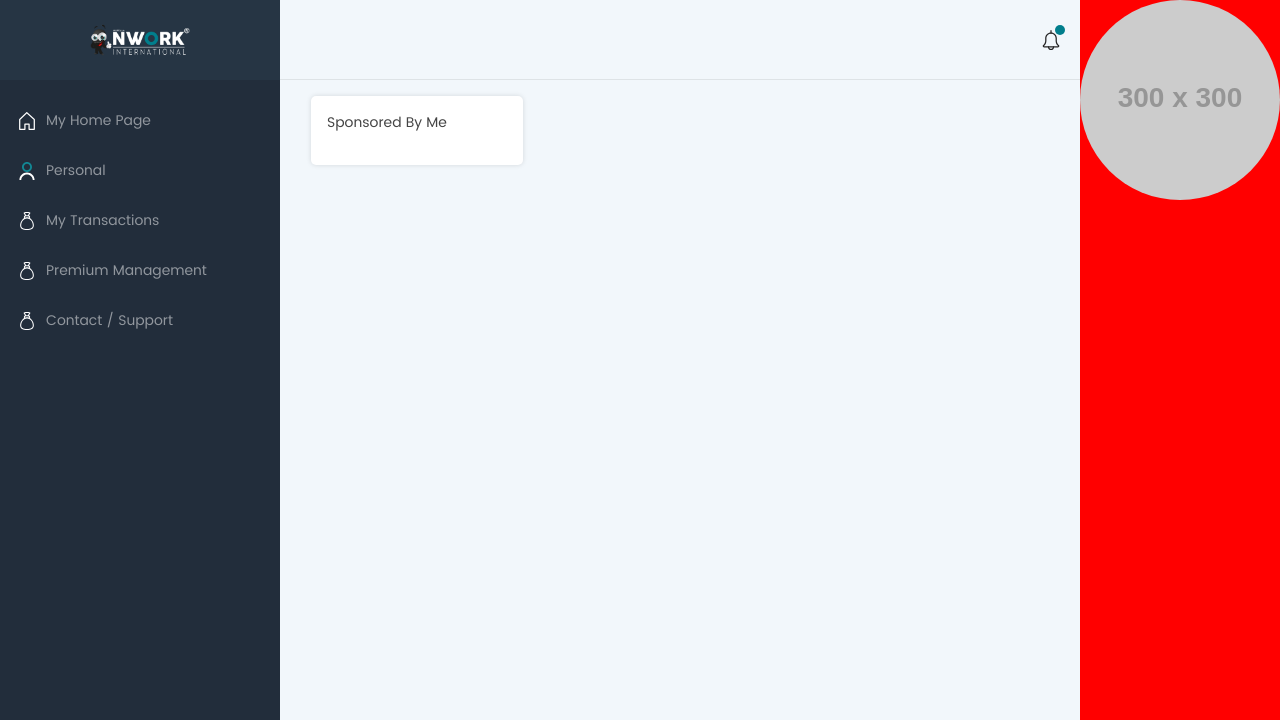
Repository: KayahanKahriman/nwork-admin
Page: index.html
The author's editor kept a copy of each file at every save. The page is drawn from the files as they stood at one save, then again after the next save.
The browser window is 1280 px wide. The pictures show the whole page.
Some web fonts or font styles are not loaded; a fallback is used. The style sheet was rebuilt from its Sass, Less or Tailwind sources for each picture, by a compiler version that may differ from the author's.

Above is the page before, as saved 2021-06-09 16:07:24.

### index.html
<!doctype html>
<html>

<head>
    <meta name="viewport" content="width=device-width, initial-scale=1, maximum-scale=1, user-scalable=no">
    <meta charset="utf-8" />
    <title>Başlık</title>
    <link rel="preconnect" href="https://fonts.gstatic.com">
    <link href="https://fonts.googleapis.com/css2?family=Poppins:wght@300;400;600;800&display=swap" rel="stylesheet">
    <link href="assets/css/style.css" type="text/css" rel="stylesheet" />
</head>

<body>
    <header class="d-flex align-items-center">
        <div id="header-left" class="text-center p-3 d-flex align-items-center justify-content-center">
            <a href="#">
                <img width="100" src="./assets/images/logo-white.png" alt="">
            </a>
        </div>
        <div id="header-right" class="p-3 d-flex align-items-center justify-content-end">
            <div id="icons">
                <div id="notification" class="has-notification">
                    <a href="#">
                        <svg fill="#242424" width="20" height="20" viewBox="-43 0 512 512">
                            <path d="m213.332031 512c-44.117187 0-80-35.882812-80-80 0-8.832031 7.167969-16 16-16s16 7.167969 16 16c0 26.476562 21.527344 48 48 48 26.476563 0 48-21.523438 48-48 0-8.832031 7.167969-16 16-16s16 7.167969 16 16c0 44.117188-35.882812 80-80 80zm0 0"></path>
                            <path d="m389.332031 448h-352c-20.585937 0-37.332031-16.746094-37.332031-37.332031 0-10.925781 4.757812-21.269531 13.054688-28.375 32.449218-27.414063 50.945312-67.261719 50.945312-109.480469v-59.480469c0-82.34375 66.988281-149.332031 149.332031-149.332031 82.347657 0 149.335938 66.988281 149.335938 149.332031v59.480469c0 42.21875 18.496093 82.066406 50.730469 109.332031 8.511718 7.253907 13.269531 17.597657 13.269531 28.523438 0 20.585937-16.746094 37.332031-37.335938 37.332031zm-176-352c-64.703125 0-117.332031 52.628906-117.332031 117.332031v59.480469c0 51.644531-22.632812 100.414062-62.078125 133.757812-.75.640626-1.921875 1.964844-1.921875 4.097657 0 2.898437 2.433594 5.332031 5.332031 5.332031h352c2.902344 0 5.335938-2.433594 5.335938-5.332031 0-2.132813-1.175781-3.457031-1.878907-4.054688-39.488281-33.386719-62.121093-82.15625-62.121093-133.800781v-59.480469c0-64.703125-52.628907-117.332031-117.335938-117.332031zm0 0"></path>
                            <path d="m213.332031 96c-8.832031 0-16-7.167969-16-16v-64c0-8.832031 7.167969-16 16-16s16 7.167969 16 16v64c0 8.832031-7.167969 16-16 16zm0 0"></path>
                        </svg>
                        <i></i>
                    </a>
                </div>
            </div>
            <div id="user" class="ml-5">
                <span>Hello,</span>
                <p class="mb-0">altıngül toktogulova</p>
            </div>
        </div>
    </header>
    <aside>
        <div id="accordion-menu">
            <div class="accordion-item mb-4">
                <div class="accordion-title">
                    <svg class="accordion-icon" viewBox="0 0 512 512">
                        <path d="M475.425,200.225L262.092,4.669c-6.951-6.359-17.641-6.204-24.397,0.35L36.213,200.574 c-3.449,3.348-5.399,7.953-5.399,12.758v280.889c0,9.819,7.958,17.778,17.778,17.778h148.148c9.819,0,17.778-7.959,17.778-17.778    v-130.37h82.963v130.37c0,9.819,7.958,17.778,17.778,17.778h148.148c9.819,0,17.778-7.953,17.778-17.778V213.333    C481.185,208.349,479.099,203.597,475.425,200.225z M445.629,476.444H333.037v-130.37c0-9.819-7.959-17.778-17.778-17.778H196.741    c-9.819,0-17.778,7.959-17.778,17.778v130.37H66.37V220.853L250.424,42.216l195.206,178.939V476.444z" style="fill: rgb(255, 255, 255);"></path>
                    </svg>
                    <a href="#">My Home Page</a>
                </div>
            </div>
            <div class="accordion-item mb-4">
                <div class="accordion-title">
                    <svg class="accordion-icon" viewBox="0 0 19.738 19.738">
                        <path fill="#ffffff" d="M18.18,19.738h-2c0-3.374-2.83-6.118-6.311-6.118s-6.31,2.745-6.31,6.118h-2   c0-4.478,3.729-8.118,8.311-8.118C14.451,11.62,18.18,15.26,18.18,19.738z"></path>
                        <path fill="#128794" d="M9.87,10.97c-3.023,0-5.484-2.462-5.484-5.485C4.385,2.461,6.846,0,9.87,0   c3.025,0,5.486,2.46,5.486,5.485S12.895,10.97,9.87,10.97z M9.87,2C7.948,2,6.385,3.563,6.385,5.485S7.948,8.97,9.87,8.97   c1.923,0,3.486-1.563,3.486-3.485S11.791,2,9.87,2z"></path>
                    </svg>
                    Personal
                </div>
                <ul class="accordion-ul list-unstyled mb-0">
                    <li><a href="#">Info Update and Acquittal Form</a></li>
                    <li><a href="#">My Current Movements</a></li>
                    <li><a href="#">My Bank Info</a></li>
                    <li><a href="#">Membership Info</a></li>
                    <li><a href="#">Change Password</a></li>
                </ul>
            </div>
            <div class="accordion-item mb-4">
                <div class="accordion-title">
                    <svg class="accordion-icon" viewBox="0 0 512 512">
                        <path d="M394.919,225.259c-17.828-21.933-38.208-39.407-60.58-51.973c3.664-4.335,6.555-9.418,8.422-15.083    c7.326-22.309-3.375-48.809-30.688-57.442l38.289-66.765c4.831-8.426,0.491-19.158-8.824-21.866C313.854,4.081,285.076,0,256,0    s-57.854,4.081-85.538,12.13c-9.326,2.711-13.649,13.45-8.824,21.866l38.289,66.766c-27.205,8.589-38.041,35.05-30.684,57.453    c1.861,5.65,4.751,10.73,8.426,15.067c-22.375,12.566-42.757,30.042-60.587,51.977C81.441,269.106,61,324.413,61,377    c0,109.091,87.047,135,195,135c108.029,0,195-25.953,195-135C451,324.413,430.559,269.106,394.919,225.259z M197.496,36.218    C216.633,32.087,236.238,30,256,30c19.762,0,39.367,2.087,58.504,6.218L281.471,93.82c-16.919-2.362-34.018-2.361-50.941,0.001    L197.496,36.218z M207.296,129.896c25.815-8.468,52.823-10.073,79.08-4.824c0.031,0.006,0.063,0.012,0.094,0.018    c6.12,1.228,12.199,2.826,18.213,4.799c7.861,2.591,12.157,11.094,9.58,18.941c-1.873,5.683-6.818,9.597-12.635,10.231    C286.672,154.378,271.417,152,256,152c-15.386,0-30.611,2.368-45.538,7.032c-5.907-0.608-10.864-4.55-12.721-10.188    C195.16,140.983,199.456,132.479,207.296,129.896z M256,482.2c-117.196,0-165-30.62-165-105.2    c0-45.142,18.453-94.793,49.36-132.818C172.955,204.083,214.023,182,256,182c46.206,0,86.621,26.482,115.64,62.182    C402.547,282.207,421,331.858,421,377C421,451.58,373.196,482.2,256,482.2z" style="fill: rgb(255, 255, 255);"></path>
                    </svg>
                    My Transactions
                </div>
                <ul class="accordion-ul list-unstyled mb-0">
                    <li><a href="#">My Cart</a></li>
                    <li><a href="#">Orders</a></li>
                    <li><a href="#">Invoices</a></li>
                    <li><a href="#">Credit Card Capture</a></li>
                    <li><a href="#">Payment Notification</a></li>
                </ul>
            </div>
            <div class="accordion-item mb-4">
                <div class="accordion-title">
                    <svg class="accordion-icon" viewBox="0 0 512 512">
                        <path d="M394.919,225.259c-17.828-21.933-38.208-39.407-60.58-51.973c3.664-4.335,6.555-9.418,8.422-15.083    c7.326-22.309-3.375-48.809-30.688-57.442l38.289-66.765c4.831-8.426,0.491-19.158-8.824-21.866C313.854,4.081,285.076,0,256,0    s-57.854,4.081-85.538,12.13c-9.326,2.711-13.649,13.45-8.824,21.866l38.289,66.766c-27.205,8.589-38.041,35.05-30.684,57.453    c1.861,5.65,4.751,10.73,8.426,15.067c-22.375,12.566-42.757,30.042-60.587,51.977C81.441,269.106,61,324.413,61,377    c0,109.091,87.047,135,195,135c108.029,0,195-25.953,195-135C451,324.413,430.559,269.106,394.919,225.259z M197.496,36.218    C216.633,32.087,236.238,30,256,30c19.762,0,39.367,2.087,58.504,6.218L281.471,93.82c-16.919-2.362-34.018-2.361-50.941,0.001    L197.496,36.218z M207.296,129.896c25.815-8.468,52.823-10.073,79.08-4.824c0.031,0.006,0.063,0.012,0.094,0.018    c6.12,1.228,12.199,2.826,18.213,4.799c7.861,2.591,12.157,11.094,9.58,18.941c-1.873,5.683-6.818,9.597-12.635,10.231    C286.672,154.378,271.417,152,256,152c-15.386,0-30.611,2.368-45.538,7.032c-5.907-0.608-10.864-4.55-12.721-10.188    C195.16,140.983,199.456,132.479,207.296,129.896z M256,482.2c-117.196,0-165-30.62-165-105.2    c0-45.142,18.453-94.793,49.36-132.818C172.955,204.083,214.023,182,256,182c46.206,0,86.621,26.482,115.64,62.182    C402.547,282.207,421,331.858,421,377C421,451.58,373.196,482.2,256,482.2z" style="fill: rgb(255, 255, 255);"></path>
                    </svg>
                    Premium Management
                </div>
                <ul class="accordion-ul list-unstyled mb-0">
                    <li><a href="#">My Orders</a></li>
                    <li><a href="#">My Premiums</a></li>
                    <li><a href="#">My Clients</a></li>
                    <li><a href="#">Binary Tree</a></li>
                    <li><a href="#">Reference Tree</a></li>
                    <li><a href="#">Binary Turnover Movements</a></li>
                    <li><a href="#">Premium Reference</a></li>
                </ul>
            </div>
            <div class="accordion-item mb-4">
                <div class="accordion-title">
                    <svg class="accordion-icon" viewBox="0 0 512 512">
                        <path d="M394.919,225.259c-17.828-21.933-38.208-39.407-60.58-51.973c3.664-4.335,6.555-9.418,8.422-15.083    c7.326-22.309-3.375-48.809-30.688-57.442l38.289-66.765c4.831-8.426,0.491-19.158-8.824-21.866C313.854,4.081,285.076,0,256,0    s-57.854,4.081-85.538,12.13c-9.326,2.711-13.649,13.45-8.824,21.866l38.289,66.766c-27.205,8.589-38.041,35.05-30.684,57.453    c1.861,5.65,4.751,10.73,8.426,15.067c-22.375,12.566-42.757,30.042-60.587,51.977C81.441,269.106,61,324.413,61,377    c0,109.091,87.047,135,195,135c108.029,0,195-25.953,195-135C451,324.413,430.559,269.106,394.919,225.259z M197.496,36.218    C216.633,32.087,236.238,30,256,30c19.762,0,39.367,2.087,58.504,6.218L281.471,93.82c-16.919-2.362-34.018-2.361-50.941,0.001    L197.496,36.218z M207.296,129.896c25.815-8.468,52.823-10.073,79.08-4.824c0.031,0.006,0.063,0.012,0.094,0.018    c6.12,1.228,12.199,2.826,18.213,4.799c7.861,2.591,12.157,11.094,9.58,18.941c-1.873,5.683-6.818,9.597-12.635,10.231    C286.672,154.378,271.417,152,256,152c-15.386,0-30.611,2.368-45.538,7.032c-5.907-0.608-10.864-4.55-12.721-10.188    C195.16,140.983,199.456,132.479,207.296,129.896z M256,482.2c-117.196,0-165-30.62-165-105.2    c0-45.142,18.453-94.793,49.36-132.818C172.955,204.083,214.023,182,256,182c46.206,0,86.621,26.482,115.64,62.182    C402.547,282.207,421,331.858,421,377C421,451.58,373.196,482.2,256,482.2z" style="fill: rgb(255, 255, 255);"></path>
                    </svg>
                    Contact / Support
                </div>
                <ul class="accordion-ul list-unstyled mb-0">
                    <li><a href="#">Documents</a></li>
                </ul>
            </div>
        </div>
    </aside>
    <main class="p-3">
        <div class="container-fluid">
            <div class="row">
                <div class="col-3">
                    <div class="white-box shadow-box p-3">
                        <p>Sponsored By Me</p>
                    </div>
                </div>
            </div>
        </div>
    </main>
    <section id="user-aside">
        <div id="user-image">
            <img src="//.via.placeholder.com/300x300" alt="">
        </div>
    </section>
    <script type="text/javascript" src="assets/js/index.js"></script>
    <script type="text/javascript" src="assets/js/accordion.js"></script>
</body>

</html>

### assets/scss/style.scss
@import "main";

main {
  margin-left: var(--aside-width);
}

.white-box {
  background: white;
  border-radius: 5px;
  position: relative;
}

.shadow-box {
  box-shadow: 0 0 5px #00000020;
}

.box-title {
  font-weight: normal;
}

/*------------------------------------*\
    RESPONSIVE
\*------------------------------------*/

@media only screen and (min-width: 320px) {
}

@media only screen and (min-width: 480px) {
}

@media only screen and (min-width: 768px) {
}

@media only screen and (min-width: 1024px) {
}

@media only screen and (min-width: 1140px) {
}

@media only screen and (min-width: 1280px) {
}

@media only screen and (-webkit-min-device-pixel-ratio: 1.5),
  only screen and (min-resolution: 144dpi) {
}

### assets/scss/flex-grid/_flexgrid.scss
@import "functions";
@import "variables";
@import "mixins";
@import "reboot";
@import "utilities";
@import "grid";

### assets/scss/flex-grid/_mixins.scss
// Toggles
//
// Used in conjunction with global variables to enable certain theme features.

// Vendor
@import "vendor/rfs";


// Utilities
@import "mixins/breakpoints";
@import "mixins/image";
@import "mixins/hover";
@import "mixins/deprecate";
@import "mixins/text-hide";
@import "mixins/text-truncate";
@import "mixins/text-emphasis";
@import "mixins/size";


// // Layout
@import "mixins/clearfix";
@import "mixins/grid-framework";
@import "mixins/grid";
@import "mixins/float";

### assets/scss/flex-grid/mixins/_image.scss
// Image Mixins
// - Responsive image
// - Retina image


// Responsive image
//
// Keep images from scaling beyond the width of their parents.

@mixin img-fluid {
  // Part 1: Set a maximum relative to the parent
  max-width: 100%;
  // Part 2: Override the height to auto, otherwise images will be stretched
  // when setting a width and height attribute on the img element.
  height: auto;
}


// Retina image
//
// Short retina mixin for setting background-image and -size.

@mixin img-retina($file-1x, $file-2x, $width-1x, $height-1x) {
  background-image: url($file-1x);

  // Autoprefixer takes care of adding -webkit-min-device-pixel-ratio and -o-min-device-pixel-ratio,
  // but doesn't convert dppx=>dpi.
  // There's no such thing as unprefixed min-device-pixel-ratio since it's nonstandard.
  // Compatibility info: https://caniuse.com/#feat=css-media-resolution
  @media only screen and (min-resolution: 192dpi), // IE9-11 don't support dppx
    only screen and (min-resolution: 2dppx) { // Standardized
    background-image: url($file-2x);
    background-size: $width-1x $height-1x;
  }
  @include deprecate("`img-retina()`", "v4.3.0", "v5");
}

### assets/scss/flex-grid/mixins/_hover.scss
// Hover mixin and `$enable-hover-media-query` are deprecated.
//
// Originally added during our alphas and maintained during betas, this mixin was
// designed to prevent `:hover` stickiness on iOS-an issue where hover styles
// would persist after initial touch.
//
// For backward compatibility, we've kept these mixins and updated them to
// always return their regular pseudo-classes instead of a shimmed media query.
//
// Issue: https://github.com/twbs/bootstrap/issues/25195

@mixin hover {
  &:hover { @content; }
}

@mixin hover-focus {
  &:hover,
  &:focus {
    @content;
  }
}

@mixin plain-hover-focus {
  &,
  &:hover,
  &:focus {
    @content;
  }
}

@mixin hover-focus-active {
  &:hover,
  &:focus,
  &:active {
    @content;
  }
}

### assets/scss/flex-grid/mixins/_grid-framework.scss
// Framework grid generation
//
// Used only by Bootstrap to generate the correct number of grid classes given
// any value of `$grid-columns`.

@mixin make-grid-columns($columns: $grid-columns, $gutter: $grid-gutter-width, $breakpoints: $grid-breakpoints) {
  // Common properties for all breakpoints
  %grid-column {
    position: relative;
    width: 100%;
    padding-right: $gutter / 2;
    padding-left: $gutter / 2;
  }

  @each $breakpoint in map-keys($breakpoints) {
    $infix: breakpoint-infix($breakpoint, $breakpoints);

    // Allow columns to stretch full width below their breakpoints
    @for $i from 1 through $columns {
      .col#{$infix}-#{$i} {
        @extend %grid-column;
      }
    }
    .col#{$infix},
    .col#{$infix}-auto {
      @extend %grid-column;
    }

    @include media-breakpoint-up($breakpoint, $breakpoints) {
      // Provide basic `.col-{bp}` classes for equal-width flexbox columns
      .col#{$infix} {
        flex-basis: 0;
        flex-grow: 1;
        max-width: 100%;
      }
      .col#{$infix}-auto {
        flex: 0 0 auto;
        width: auto;
        max-width: 100%; // Reset earlier grid tiers
      }

      @for $i from 1 through $columns {
        .col#{$infix}-#{$i} {
          @include make-col($i, $columns);
        }
      }

      .order#{$infix}-first { order: -1; }

      .order#{$infix}-last { order: $columns + 1; }

      @for $i from 0 through $columns {
        .order#{$infix}-#{$i} { order: $i; }
      }

      // `$columns - 1` because offsetting by the width of an entire row isn't possible
      @for $i from 0 through ($columns - 1) {
        @if not ($infix == "" and $i == 0) { // Avoid emitting useless .offset-0
          .offset#{$infix}-#{$i} {
            @include make-col-offset($i, $columns);
          }
        }
      }
    }
  }
}

### assets/scss/flex-grid/mixins/_grid.scss
/// Grid system
//
// Generate semantic grid columns with these mixins.

@mixin make-container($gutter: $grid-gutter-width) {
  width: 100%;
  padding-right: $gutter / 2;
  padding-left: $gutter / 2;
  margin-right: auto;
  margin-left: auto;
}


// For each breakpoint, define the maximum width of the container in a media query
@mixin make-container-max-widths($max-widths: $container-max-widths, $breakpoints: $grid-breakpoints) {
  @each $breakpoint, $container-max-width in $max-widths {
    @include media-breakpoint-up($breakpoint, $breakpoints) {
      max-width: $container-max-width;
    }
  }
}

@mixin make-row($gutter: $grid-gutter-width) {
  display: flex;
  flex-wrap: wrap;
  margin-right: -$gutter / 2;
  margin-left: -$gutter / 2;
}

@mixin make-col-ready($gutter: $grid-gutter-width) {
  position: relative;
  // Prevent columns from becoming too narrow when at smaller grid tiers by
  // always setting `width: 100%;`. This works because we use `flex` values
  // later on to override this initial width.
  width: 100%;
  padding-right: $gutter / 2;
  padding-left: $gutter / 2;
}

@mixin make-col($size, $columns: $grid-columns) {
  flex: 0 0 percentage($size / $columns);
  // Add a `max-width` to ensure content within each column does not blow out
  // the width of the column. Applies to IE10+ and Firefox. Chrome and Safari
  // do not appear to require this.
  max-width: percentage($size / $columns);
}

@mixin make-col-offset($size, $columns: $grid-columns) {
  $num: $size / $columns;
  margin-left: if($num == 0, 0, percentage($num));
}

### assets/scss/flex-grid/_utilities.scss
@import "utilities/align";
@import "utilities/clearfix";
@import "utilities/display";
@import "utilities/flex";
@import "utilities/float";
@import "utilities/position";
@import "utilities/text";
@import "utilities/spacing";
@import "utilities/sizing";

### assets/scss/flex-grid/_grid.scss
// Container widths
//
// Set the container width, and override it for fixed navbars in media queries.

@if $enable-grid-classes {
  .container {
    @include make-container();
    @include make-container-max-widths();
  }
}

// Fluid container
//
// Utilizes the mixin meant for fixed width containers, but with 100% width for
// fluid, full width layouts.

@if $enable-grid-classes {
  .container-fluid {
    @include make-container();
  }
}

// Row
//
// Rows contain and clear the floats of your columns.

@if $enable-grid-classes {
  .row {
    @include make-row();
  }

  // Remove the negative margin from default .row, then the horizontal padding
  // from all immediate children columns (to prevent runaway style inheritance).
  .no-gutters {
    margin-right: 0;
    margin-left: 0;

    > .col,
    > [class*="col-"] {
      padding-right: 0;
      padding-left: 0;
    }
  }
}

// Columns
//
// Common styles for small and large grid columns

@if $enable-grid-classes {
  @include make-grid-columns();
}

### assets/scss/_vars.scss
$primary-color: #079ca5;
$text-color: #0d0a46;
$link-color: #0d0a46;
$bg: #f7f8fc;
$poppins-light: "Poppins-Light";
$poppins-regular: "Poppins-Regular";
$poppins-medium: "Poppins-Medium";
$poppins-bold: "Poppins-Bold";
$default-font: $poppins-regular;

### assets/scss/_colors.scss
:root {
  --primary-color: #017e8c;
  --dark-blue: #222d3b;
  --border-color: #00000015;
  --light-gray: #f9f9f9;
  --light-blue: #b4c0cd;
  --logo-bg: #263544;
  --bg-color: #f2f7fb;
  --text-color: #444444;
}

### assets/scss/_img.scss
@mixin img($size, $alignment) {
  width: 100%;
  height: 100%;
  object-fit: $size;
  object-position: $alignment;
}

.img-cover {
  @include img(cover, center center);
}

.img-contain {
  @include img(contain, center center);
}

### assets/scss/_sizes.scss
:root {
  --header-height: 80px;
  --aside-width: 280px;
  --main-width: calc(100% - var(--aside-width));
  --user-aside-size: 400px;
}

### assets/scss/_header.scss
header {
  height: var(--header-height);
  #header-left {
    width: var(--aside-width);
    background: var(--logo-bg);
    height: 100%;
  }
  #header-right {
    width: var(--main-width);
    border-bottom: 1px solid var(--border-color);
    height: 100%;

    #user {
      span {
        font-style: normal;
        display: block;
        font-size: 0.8em;
      }
      p {
        font-size: 0.9em;
        font-family: $poppins-medium;
        text-transform: uppercase;
      }
    }
  }
}

.has-notification {
  position: relative;
  i {
    background: var(--primary-color);
    width: 10px;
    height: 10px;
    border-radius: 50%;
    position: absolute;
    top: -4px;
    right: -4px;
  }
}

### assets/scss/_aside.scss
aside {
  width: var(--aside-width);
  height: 100vh;
  background: var(--dark-blue);
  position: fixed;
}

### assets/scss/_user-aside.scss
#user-aside {
  width: var(--user-aside-width);
  position: fixed;
  top: 0;
  right: 0;
  background: red;
  height: 100vw;
}

#user-image {
  img {
    border-radius: 50%;
    width: 200px;
    height: 200px;
  }
}

### assets/scss/_accordion-menu.scss
#accordion-menu {
  padding: 30px 0;
}

.accordion-item {
  padding: 0 15px;
  border-left: 3px solid transparent;
  transition: all 0.3s ease-in-out;
  max-height: 30px;
  overflow: hidden;
}

.accordion-active-item {
  border-color: var(--primary-color);
  transition: all 0.3s ease-in-out;
  max-height: 1000px;
}

.accordion-icon {
  width: 18px;
  height: 18px;
}

.accordion-title {
  display: flex;
  align-items: center;
  column-gap: 10px;
  margin-bottom: 5px;
  cursor: pointer;
  color: #ffffff80;
  transition: all 0.2s ease-in-out;

  &:hover {
    color: #ffffff;
    a {
      color: #ffffff;
    }
  }

  a {
    color: #ffffff80;
    transition: all 0.2s ease-in-out;
  }

  &.accordion-active {
    color: white;
  }
}

.accordion-ul {
  overflow: hidden;
  padding-left: 25px;
  transition: all 0.3s ease-in-out;
  max-height: 0;
  transform: scaleY(0);
  transform-origin: top left;
  li {
    a {
      background-image: url("data:[embedded picture, 478 characters]");
      background-repeat: no-repeat;
      background-size: 10px 10px;
      background-position: 0 11px;
      display: block;
      padding: 8px 0 8px 15px;
      font-size: 0.9em;
      color: #ffffff80;
      transition: all 0.2s ease-in-out;

      &:hover {
        color: white;
      }
    }
  }
}

.accordion-toggle {
  max-height: 100%;
  transition: all 0.3s ease-in-out;
  transform: scaleY(1);
}

Loaded but not shown: assets/scss/flex-grid/vendor/_rfs.scss (common file); assets/scss/flex-grid/mixins/_deprecate.scss (common file); assets/scss/flex-grid/mixins/_text-hide.scss (common file); assets/scss/flex-grid/mixins/_text-truncate.scss (common file); assets/scss/flex-grid/mixins/_text-emphasis.scss (common file); assets/scss/flex-grid/mixins/_size.scss (common file); assets/scss/flex-grid/mixins/_clearfix.scss (common file); assets/scss/flex-grid/mixins/_float.scss (common file); assets/scss/flex-grid/utilities/_align.scss (common file); assets/scss/flex-grid/utilities/_clearfix.scss (common file); assets/scss/flex-grid/utilities/_display.scss (common file); assets/scss/flex-grid/utilities/_float.scss (common file); assets/scss/flex-grid/utilities/_position.scss (common file); assets/scss/flex-grid/utilities/_sizing.scss (common file); assets/js/accordion.js (20 lines, source omitted); assets/scss/flex-grid/_variables.scss (1123 lines, source omitted); assets/scss/flex-grid/_reboot.scss (483 lines, source omitted); assets/scss/flex-grid/mixins/_breakpoints.scss (123 lines, source omitted); assets/scss/flex-grid/utilities/_flex.scss (51 lines, source omitted); assets/scss/flex-grid/_functions.scss (86 lines, source omitted); assets/scss/flex-grid/utilities/_spacing.scss (73 lines, source omitted); assets/scss/flex-grid/utilities/_text.scss (72 lines, source omitted); assets/scss/_main.scss (112 lines, source omitted); assets/js/index.js (no copy from this time; the picture is the same without it)

After the next save:
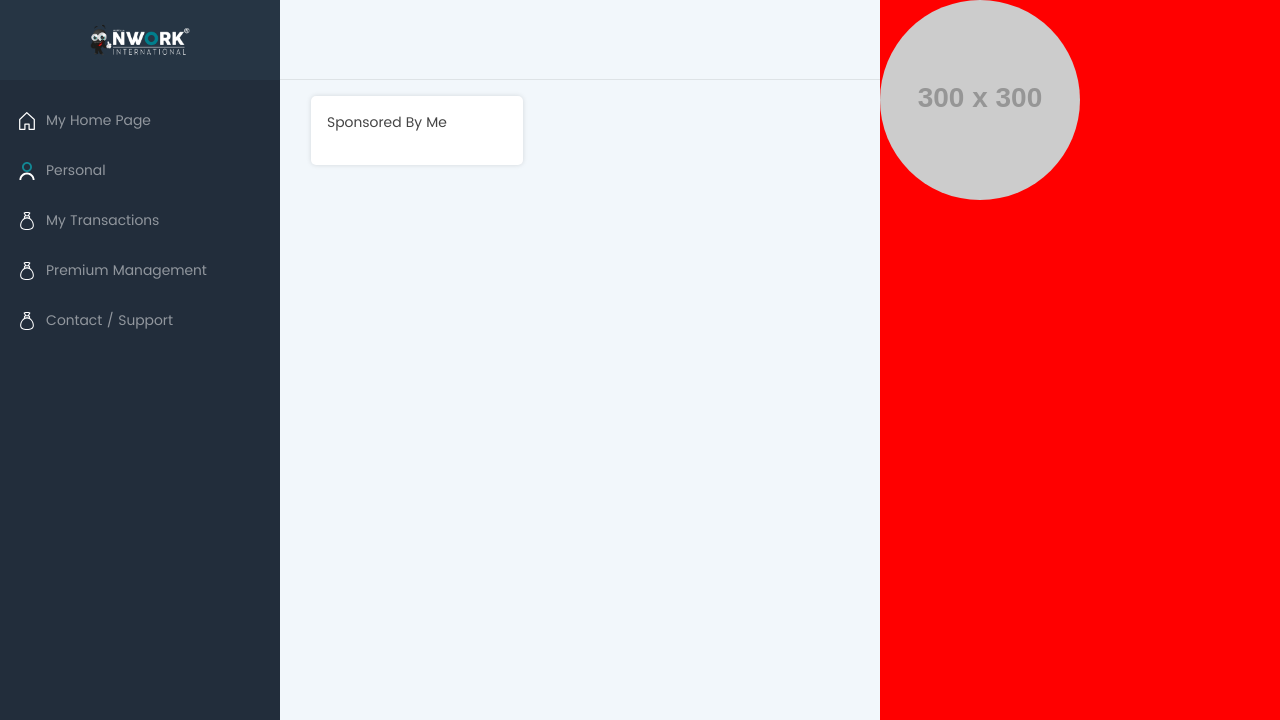
Saved 19 s later.
--- a/assets/scss/_sizes.scss
+++ b/assets/scss/_sizes.scss
@@ -2,5 +2,5 @@
   --header-height: 80px;
   --aside-width: 280px;
   --main-width: calc(100% - var(--aside-width));
-  --user-aside-size: 400px;
+  --user-aside-width: 400px;
 }
